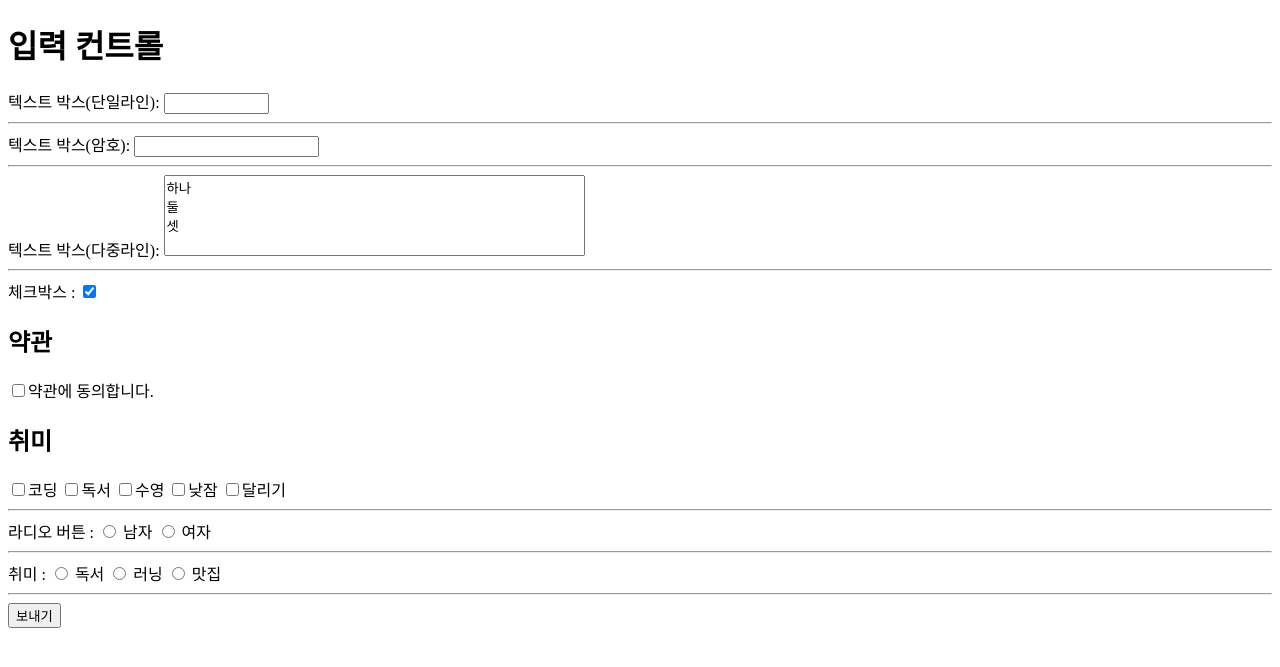
Repository: dnjs0/HCJ
Page: ClientTest/src/main/webapp/ex19_form.html
These files come from the project's save history. The page is drawn as it stood at one moment and after the next save; the edit follows.
The browser window is 1280 px wide. The pictures show the whole page.

Above is the page before, as saved 2025-02-12 03:27:03.

After the next save:
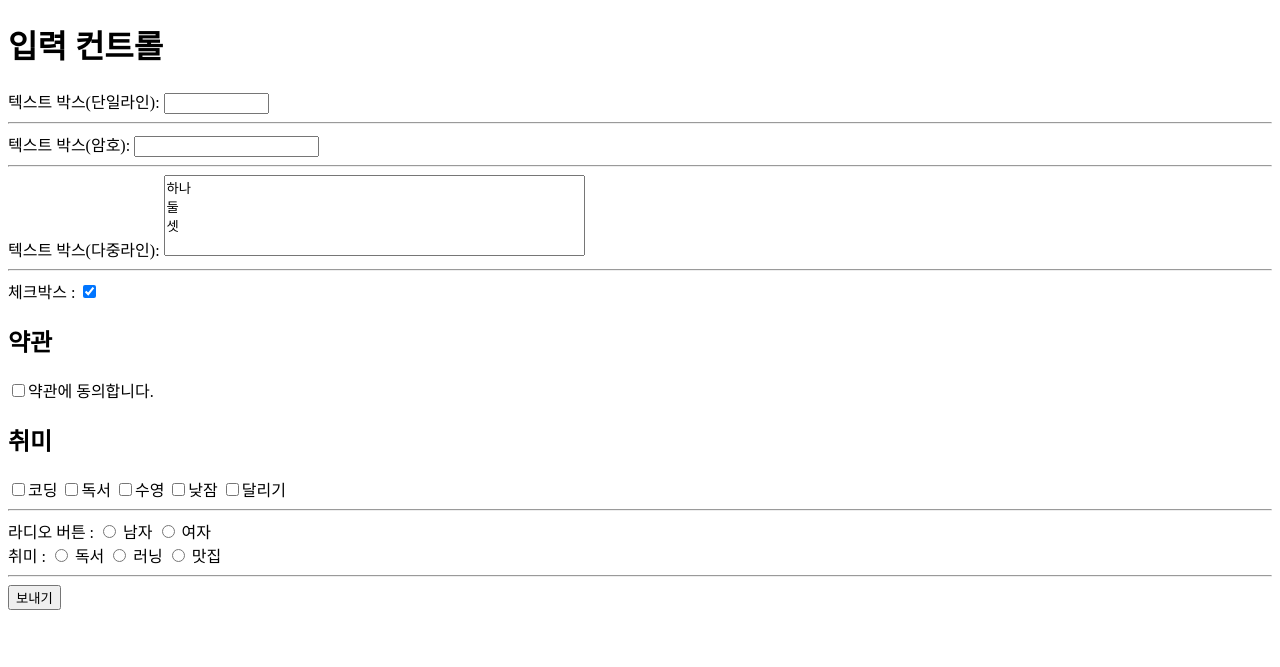
Saved 10 s later.
--- a/ClientTest/src/main/webapp/ex19_form.html
+++ b/ClientTest/src/main/webapp/ex19_form.html
@@ -98,7 +98,7 @@
          <input type="radio" name ="rb1"> 남자
          <input type="radio" name = "rb1"> 여자
 
-         <hr>
+         <br>
 
          취미 :
          <input type="radio" name ="rb2"> 독서
